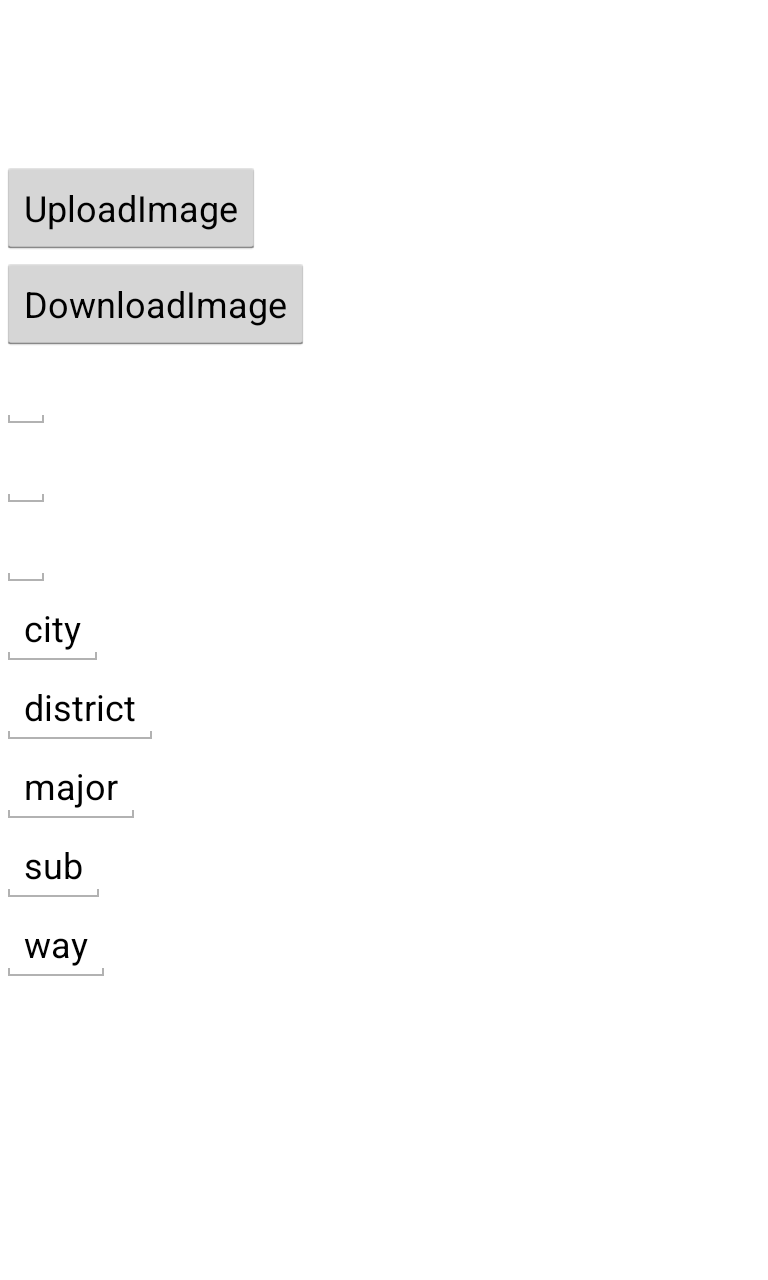
Repository: HSUmod/nanumi
Layout: Nanumi/ImageSendTest/res/layout/activity_main.xml
These files come from the project's save history. The layout is drawn as it stood at one moment and after the next save; the edit follows.
It is drawn on a 768 x 1280 px phone screen (xhdpi) without system bars, with theme AppTheme; the app's code is not run.

Above is the layout before, as saved 2015-11-17 07:30:58.

### Nanumi/ImageSendTest/res/layout/activity_main.xml
<LinearLayout xmlns:android="http://schemas.android.com/apk/res/android"
    xmlns:tools="http://schemas.android.com/tools"
    android:layout_width="match_parent"
    android:layout_height="match_parent"
    android:orientation="vertical"
    tools:context="com.example.imagesendtest.MainActivity" >

    <LinearLayout
        android:layout_width="match_parent"
        android:layout_height="wrap_content"
        android:orientation="horizontal" >

        <ImageView
            android:id="@+id/imageToUpload"
            android:layout_width="80dp"
            android:layout_height="80dp" />

        <ImageView
            android:id="@+id/downloadedImage"
            android:layout_width="80dp"
            android:layout_height="80dp" />
    </LinearLayout>

    <Button
        android:id="@+id/bUploadImage"
        android:layout_width="wrap_content"
        android:layout_height="wrap_content"
        android:text="UploadImage" />

    <Button
        android:id="@+id/bDownloadImage"
        android:layout_width="wrap_content"
        android:layout_height="wrap_content"
        android:text="DownloadImage" />

    <EditText
        android:id="@+id/uploadImageName"
        android:layout_width="wrap_content"
        android:layout_height="wrap_content" />

    <EditText
        android:id="@+id/downloadImageName"
        android:layout_width="wrap_content"
        android:layout_height="wrap_content" />

    <EditText
        android:id="@+id/userid"
        android:layout_width="wrap_content"
        android:layout_height="wrap_content" />

    <EditText
        android:id="@+id/city"
        android:layout_width="wrap_content"
        android:layout_height="wrap_content"
        android:text="city"
         />

    <EditText
        android:id="@+id/district"
        android:layout_width="wrap_content"
        android:layout_height="wrap_content"
        android:text="district"
         />

    <EditText
        android:id="@+id/major"
        android:layout_width="wrap_content"
        android:layout_height="wrap_content"
        android:text="major" />

    <EditText
        android:id="@+id/sub"
        android:layout_width="wrap_content"
        android:layout_height="wrap_content"
        android:text="sub"
         />

    <EditText
        android:id="@+id/selectionWay"
        android:layout_width="wrap_content"
        android:layout_height="wrap_content"
        android:text="way" />

</LinearLayout>

Loaded but not shown: Nanumi/ImageSendTest/res/values/styles.xml (common file); Nanumi/ImageSendTest/res/values-v11/styles.xml (common file); Nanumi/ImageSendTest/res/values-v14/styles.xml (common file)

After the next save:
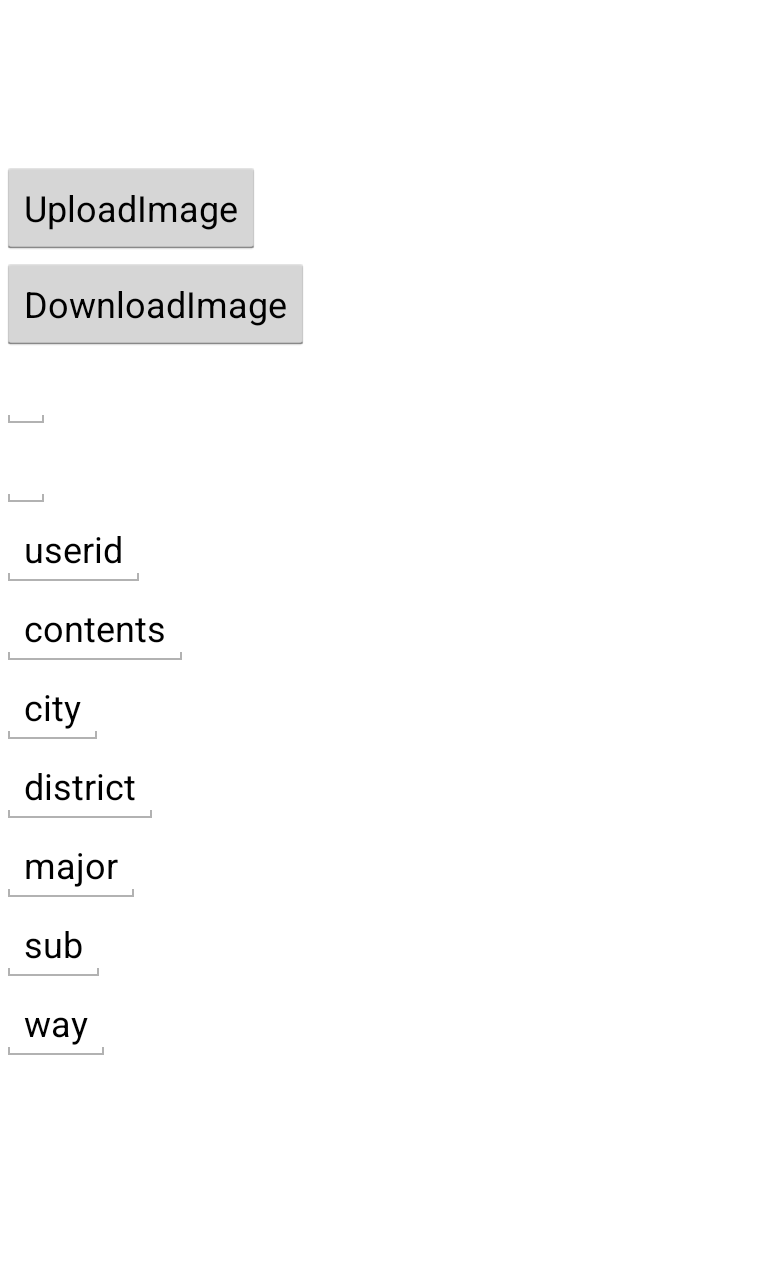
Saved 32 s later.
--- a/Nanumi/ImageSendTest/res/layout/activity_main.xml
+++ b/Nanumi/ImageSendTest/res/layout/activity_main.xml
@@ -46,21 +46,26 @@
     <EditText
         android:id="@+id/userid"
         android:layout_width="wrap_content"
-        android:layout_height="wrap_content" />
+        android:layout_height="wrap_content"
+        android:text="userid" />
+
+    <EditText
+        android:id="@+id/contents"
+        android:layout_width="wrap_content"
+        android:layout_height="wrap_content"
+        android:text="contents" />
 
     <EditText
         android:id="@+id/city"
         android:layout_width="wrap_content"
         android:layout_height="wrap_content"
-        android:text="city"
-         />
+        android:text="city" />
 
     <EditText
         android:id="@+id/district"
         android:layout_width="wrap_content"
         android:layout_height="wrap_content"
-        android:text="district"
-         />
+        android:text="district" />
 
     <EditText
         android:id="@+id/major"
@@ -72,8 +77,7 @@
         android:id="@+id/sub"
         android:layout_width="wrap_content"
         android:layout_height="wrap_content"
-        android:text="sub"
-         />
+        android:text="sub" />
 
     <EditText
         android:id="@+id/selectionWay"
